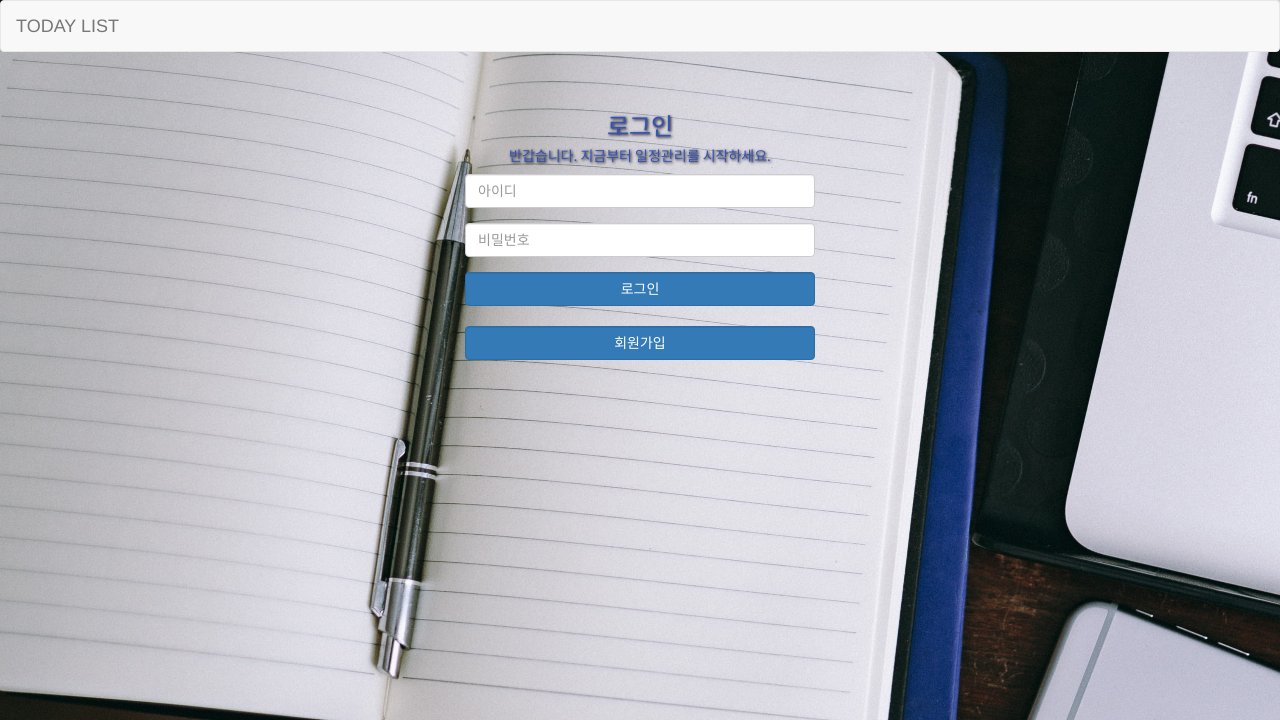
Repository: heedayday/today_list
Page: http://localhost/TODOLIST2/login.jsp
These files come from the project's save history. The page is drawn as it stood at one moment and after the next save; the edit follows.
The browser window is 1280 px wide. The pictures show the whole page.
The page is served by Tomcat 9.

Above is the page before, as saved 2020-11-12 18:33:32.

After the next save:
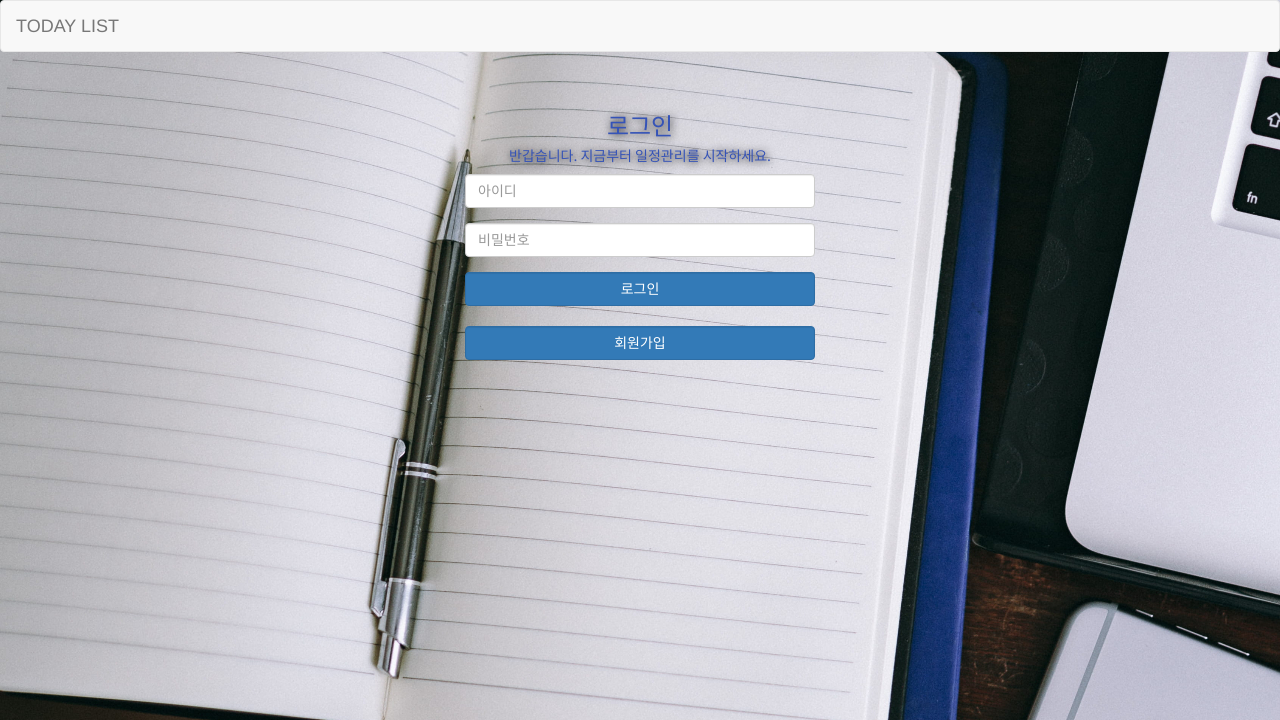
Saved 23 s later.
--- a/TODOLIST2/WebContent/login.jsp
+++ b/TODOLIST2/WebContent/login.jsp
@@ -34,8 +34,8 @@ body {
 		<div class="col-lg-4">
 			<div class="jumpbotron" style="padding-top:20px;">
 				 <form method="post" action="loginAction.jsp">
-				 	<h3  style="text-align: center; color: #3553b7; font-family: 'Noto Sans KR', sans-serif; text-shadow: 1px 1px 3px #000;" >로그인</h3>
-				 	<h5  style="text-align: center; color: #3553b7; font-family: 'Noto Sans KR', sans-serif; text-shadow: 1px 1px 3px #000;" >반갑습니다. 지금부터 일정관리를 시작하세요.</h5>
+				 	<h3  style="text-align: center; color: #3553b7; font-family: 'Noto Sans KR', sans-serif; text-shadow: 1px 1px 8px #000;" >로그인</h3>
+				 	<h5  style="text-align: center; color: #3553b7; font-family: 'Noto Sans KR', sans-serif; text-shadow: 1px 1px 8px #000;" >반갑습니다. 지금부터 일정관리를 시작하세요.</h5>
 				 	<div class="form-group">
 				 		<input type="text" class="form-control" placeholder="아이디" name="userID" maxlength="20">
 				 	</div>
